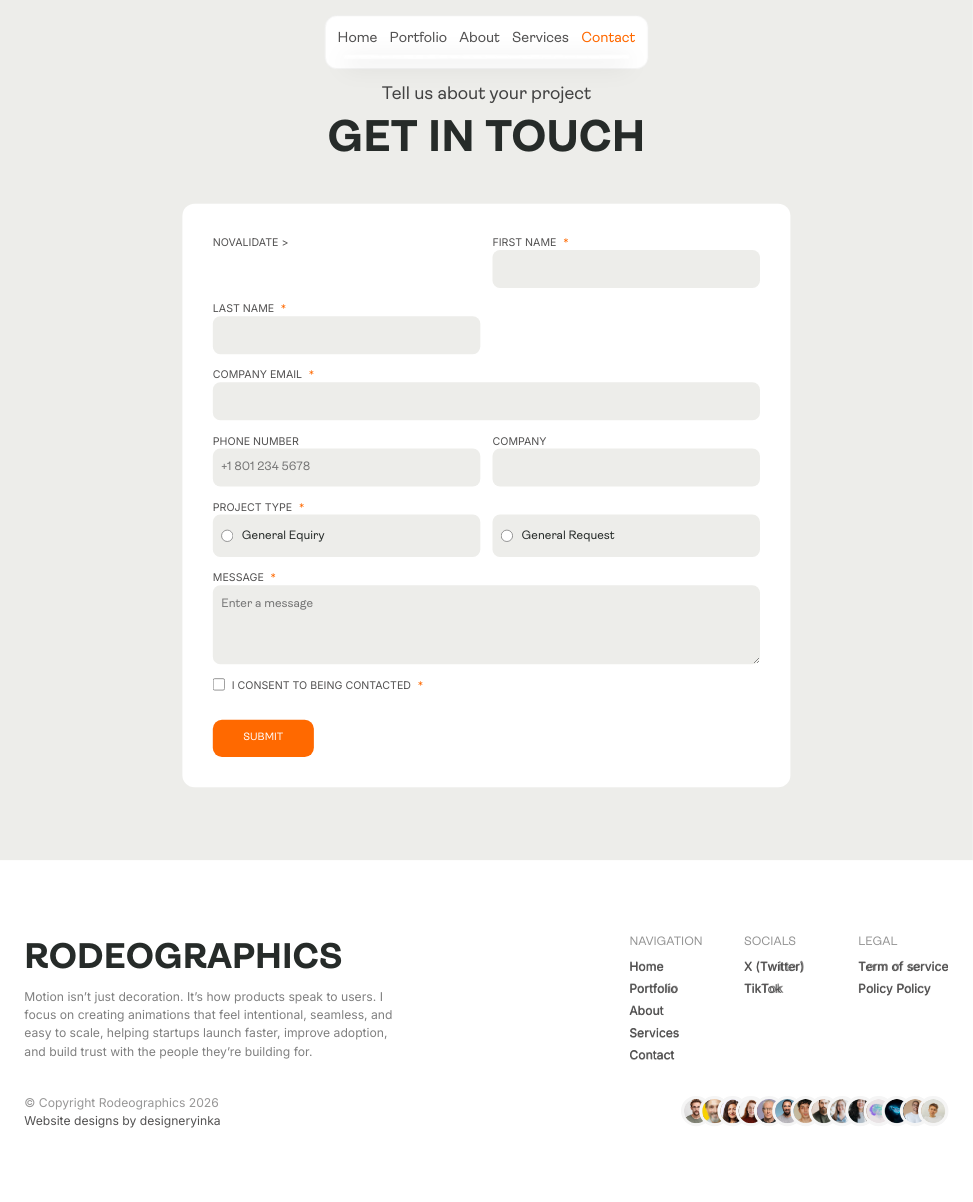
Repository: Ajeyinka/RodeoGraphics
Page: contact.html
An editor plug-in stored every save of this project. The page is shown before and after the next save, followed by the edit.
The browser window is 1280 px wide. The pictures show the whole page, at 76% of full size.

Above is the page before, as saved 2026-02-21 22:59:46.
Console error: ReferenceError: gsap is not defined

After the next save:
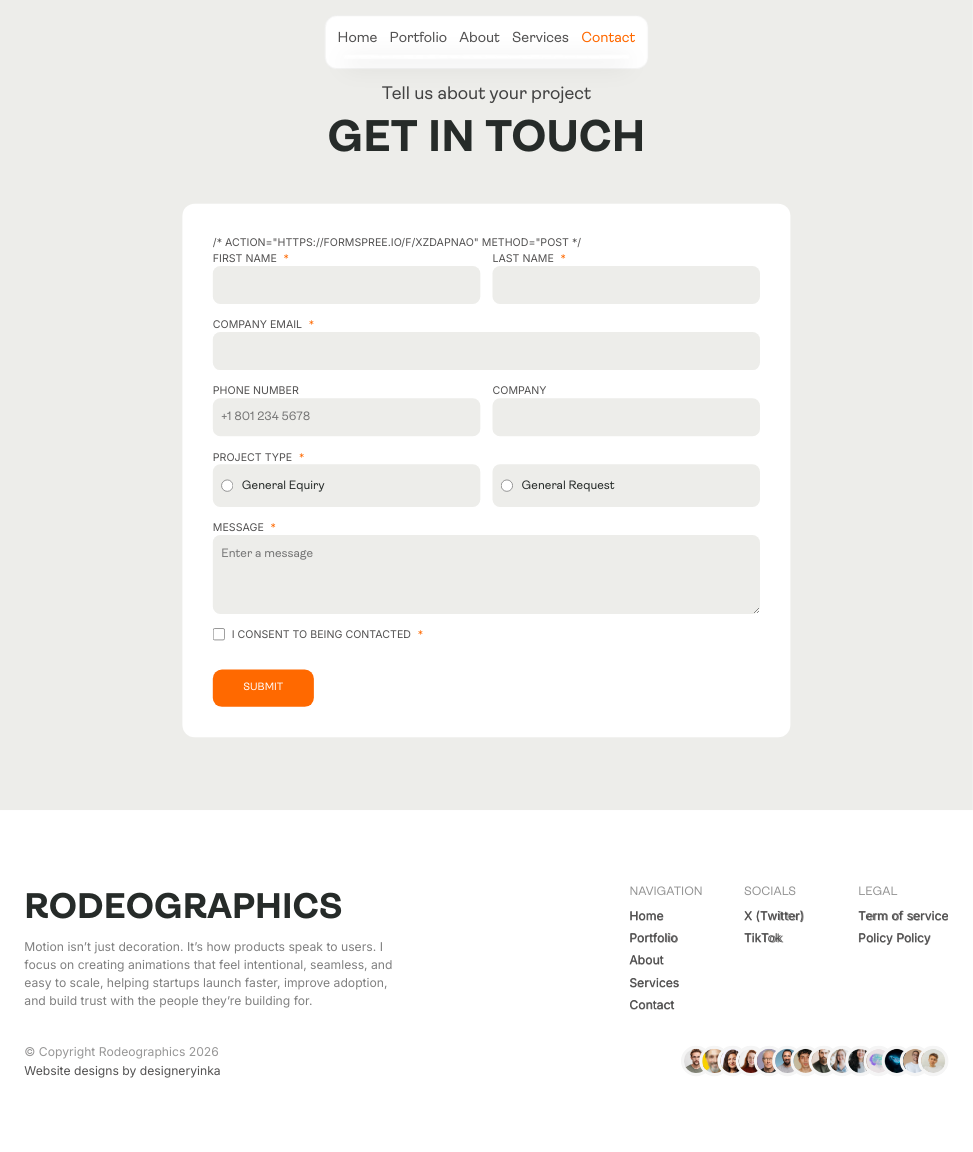
Saved 42 s later.
--- a/contact.html
+++ b/contact.html
@@ -81,13 +81,8 @@
               </div>
             </div>
             <div class="form-block">
-              <form
-                <!--
-                action="https://formspree.io/f/xzdapnao"
-                method="POST"
-                --
-              >
-                novalidate >
+              /* action="https://formspree.io/f/xzdapnao" method="POST */
+              <form novalidate>
                 <div class="form-group">
                   <label for="fname">First Name</label>
                   <input
